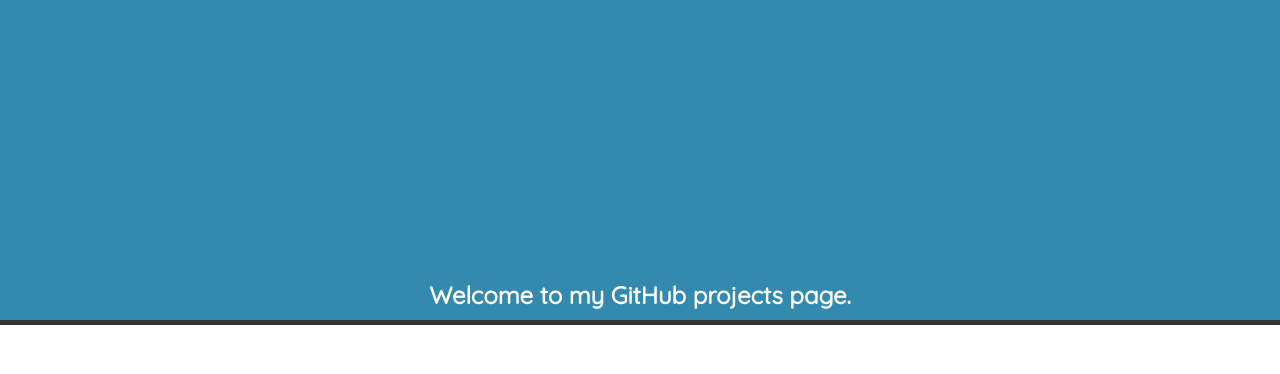
Repository: Booyanach/booyanach.github.io
Page: index.html
The author's editor kept a record of every edit. The page is drawn from the files as they stood at one moment, then again after the next edit.
The browser window is 1280 px wide. The pictures show the whole page.
The page's requests for data from a server got no answer. Some web libraries are served in a nearby version.

Above is the page before.

After the next edit:
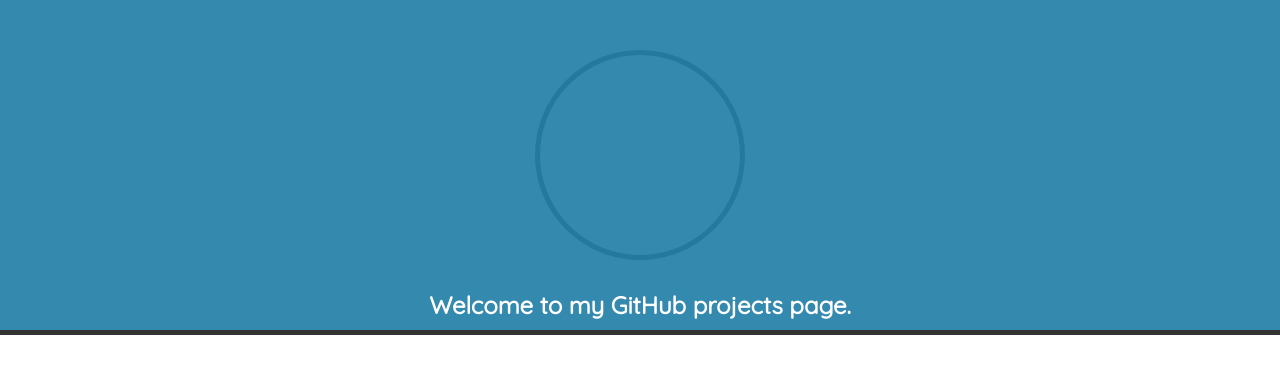
The edit:
--- a/css/booya.css
+++ b/css/booya.css
@@ -34,6 +34,7 @@
     margin-bottom: 10px;
     border-radius: 200px;
     background-size: 200px 200px;
+    border: 5px solid #24799F;
 }
 
 .login {
